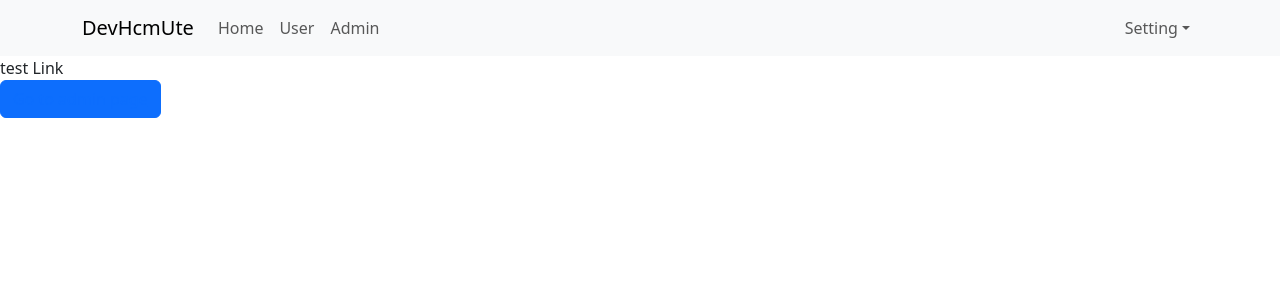
Repository: nnbxxx/React-Untimate
Page: /
These files come from the project's save history. The page is drawn as it stood at one moment and after a run of saves; the edit follows.
The browser window is 1280 px wide. The pictures show the whole page.
The project was rebuilt for these pictures with package versions that can differ from the ones it lists, and the page was loaded fresh each time.

Above is the page before, as saved 2023-04-11 16:21:53.

### src/index.js
import React from "react";
import ReactDOM from "react-dom/client";
import App from "./App";
import reportWebVitals from "./reportWebVitals";
import { Provider } from "react-redux";
import store from "./redux/store";
import "bootstrap/dist/css/bootstrap.min.css";
import {
  createBrowserRouter,
  RouterProvider,
  BrowserRouter,
} from "react-router-dom";
const root = ReactDOM.createRoot(document.getElementById("root"));
root.render(
  <Provider store={store}>
    {/* <React.StrictMode> */}
    <BrowserRouter>
      <App />
    </BrowserRouter>

    {/* </React.StrictMode> */}
  </Provider>
);

// If you want to start measuring performance in your app, pass a function
// to log results (for example: reportWebVitals(console.log))
// or send to an analytics endpoint. Learn more: https://bit.ly/CRA-vitals
reportWebVitals();

### src/App.js
import { Button } from "react-bootstrap";
import "./App.scss";
import Header from "./components/Header/Header";
import { Link } from "react-router-dom";

const App = () => {
  return (
    <div className='app-container'>
      <Header />
      <div>
        test Link
        <div>
          <Button>
            <Link to='./admins'>Go to admin page</Link>
          </Button>
        </div>
      </div>
    </div>
  );
};

export default App;

### src/App.scss
body {
  padding: 0;
  margin: 0;
  font-family: -apple-system, BlinkMacSystemFont, "Segoe UI", "Roboto", "Oxygen",
    "Ubuntu", "Cantarell", "Fira Sans", "Droid Sans", "Helvetica Neue",
    sans-serif;
  -webkit-font-smoothing: antialiased;
  -moz-osx-font-smoothing: grayscale;
}

### src/components/Header/Header.js
import Container from "react-bootstrap/Container";
import Nav from "react-bootstrap/Nav";
import Navbar from "react-bootstrap/Navbar";
import NavDropdown from "react-bootstrap/NavDropdown";

const Header = () => {
  return (
    <Navbar bg='light' expand='lg'>
      <Container>
        <Navbar.Brand href='#home'>DevHcmUte</Navbar.Brand>
        <Navbar.Toggle aria-controls='basic-navbar-nav' />
        <Navbar.Collapse id='basic-navbar-nav'>
          <Nav className='me-auto'>
            <Nav.Link href='#home'>Home</Nav.Link>
            <Nav.Link href='#link'>User</Nav.Link>
            <Nav.Link href='#link'>Admin</Nav.Link>
          </Nav>
          <Nav>
            <NavDropdown title='Setting' id='basic-nav-dropdown'>
              <NavDropdown.Item href='#action/3.1'>Log in</NavDropdown.Item>
              <NavDropdown.Item href='#action/3.2'>Log out</NavDropdown.Item>
              <NavDropdown.Item href='#action/3.3'>Profile</NavDropdown.Item>
              <NavDropdown.Divider />
              <NavDropdown.Item href='#action/3.4'>
                Separated link
              </NavDropdown.Item>
            </NavDropdown>
          </Nav>
        </Navbar.Collapse>
      </Container>
    </Navbar>
  );
};

export default Header;

Loaded but not shown: public/index.html (common file); src/reportWebVitals.js (common file); src/redux/store.js (common file); src/redux/reducer/rootReducer.js (common file); src/redux/reducer/counterReducer.js (common file); src/redux/action/counterAction.js (common file)

After the next 2 saves:
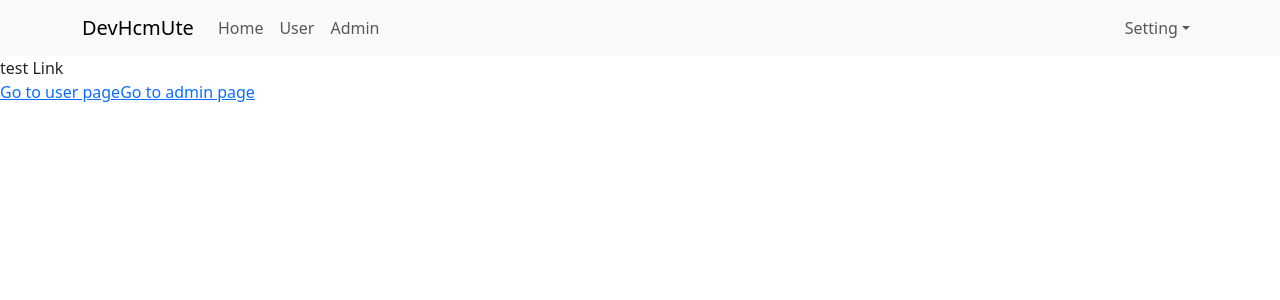
The 2 saves are shown as one change because they came seconds apart.
The last was saved 11 s later.
--- a/src/App.js
+++ b/src/App.js
@@ -10,9 +10,8 @@ const App = () => {
       <div>
         test Link
         <div>
-          <Button>
-            <Link to='./admins'>Go to admin page</Link>
-          </Button>
+          <Link to='./users'>Go to user page</Link>
+          <Link to='./admins'>Go to admin page</Link>
         </div>
       </div>
     </div>
